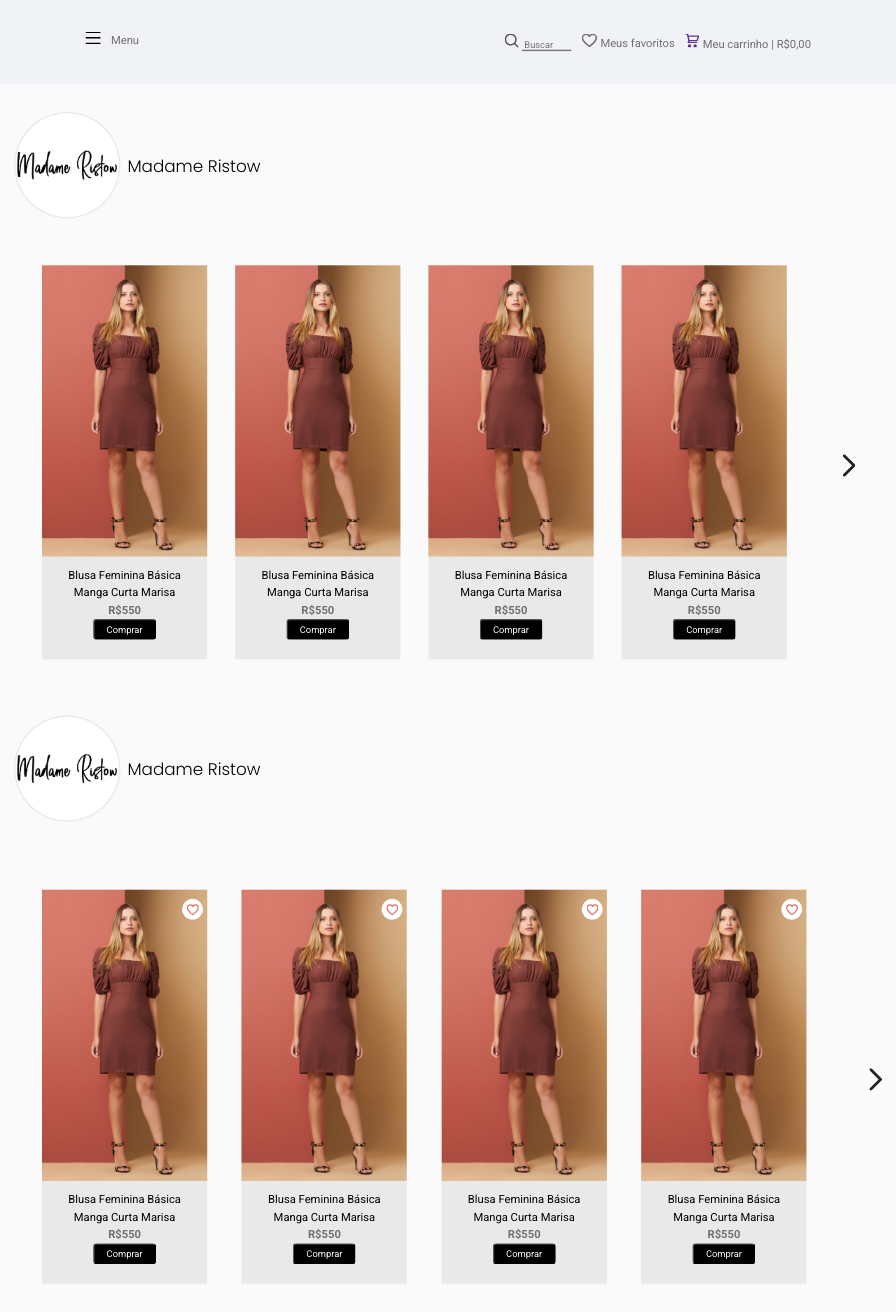
Repository: gutobarbosa/FrontEndLojaVirtual
Page: /
The author's editor kept a copy of each file at every save. The page is drawn from the files as they stood at one save, then again after the next save.
The browser window is 1280 px wide. The pictures show the whole page, at 70% of full size.
The project was rebuilt for these pictures with package versions that can differ from the ones it lists, and the page was loaded fresh each time. Also part of the build but not shown: src/pages/Repository/styles.ts, src/services/api.ts, src/pages/Repository/index.tsx.

Above is the page before, as saved 2020-11-22 00:15:31.

After the next save:
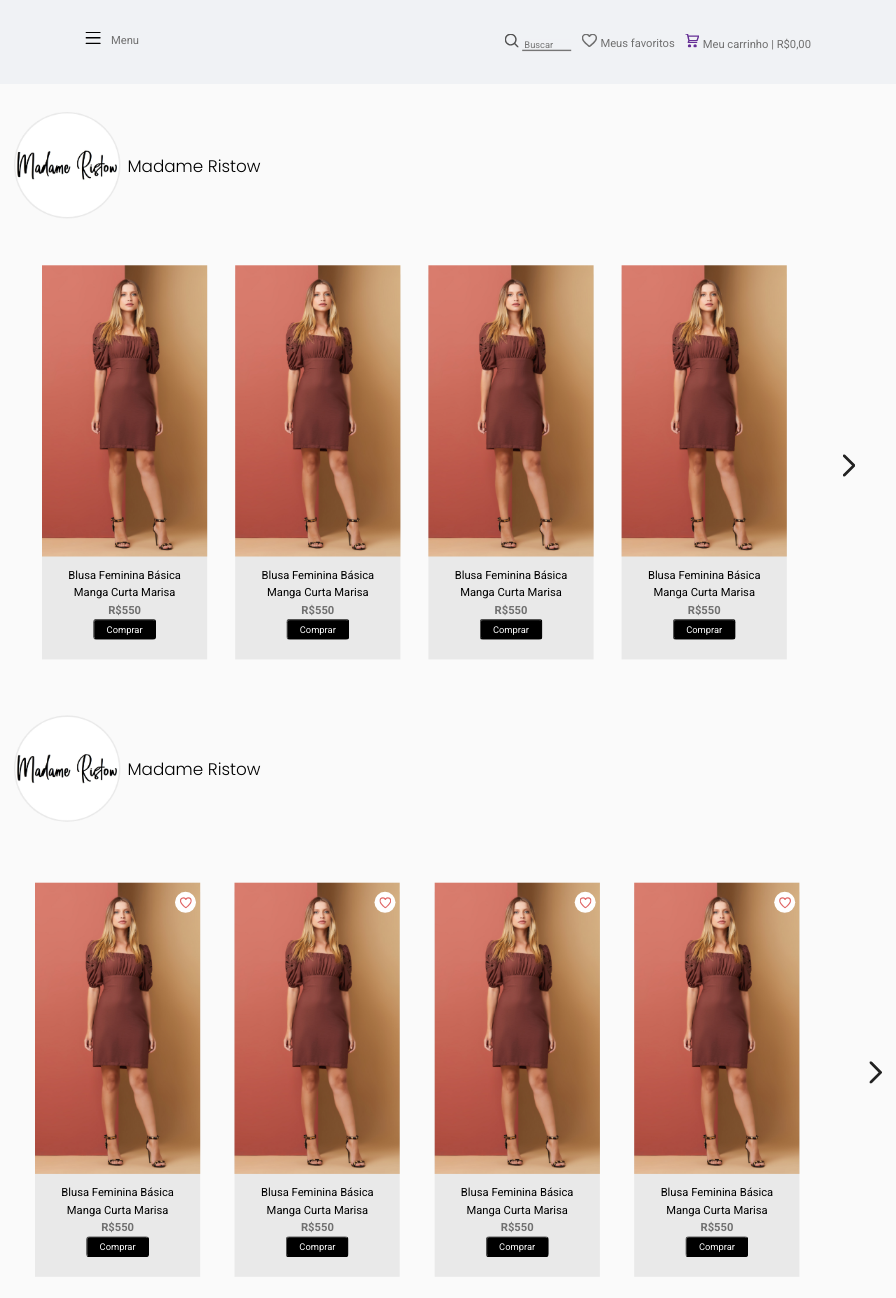
Saved 6 s later.
--- a/src/pages/Dashboard/styles.ts
+++ b/src/pages/Dashboard/styles.ts
@@ -34,7 +34,7 @@ display: flex;
 align-items: center;
     .containerBox{
         width:100%;
-        margin: 0px;
+        margin: -10px;
     }
     .heart {
         width: 30px;
